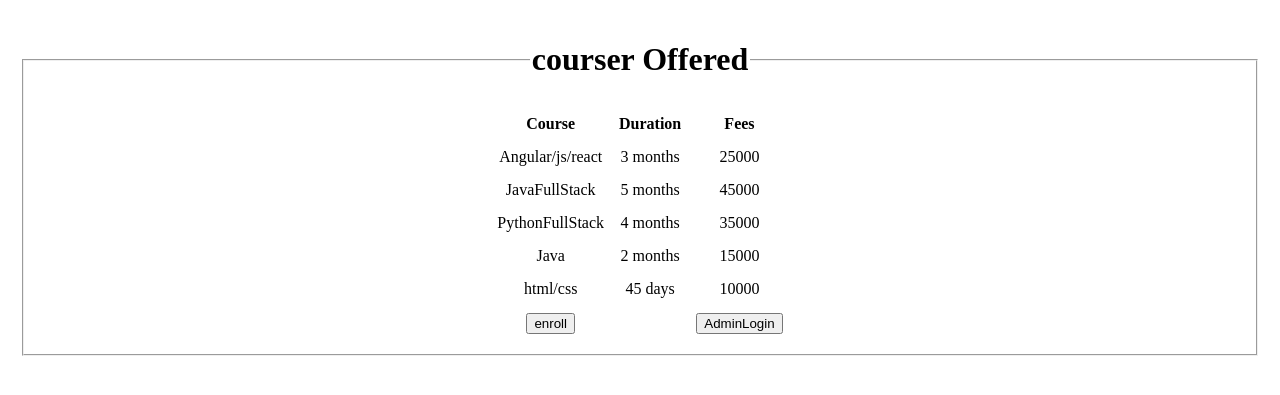
Repository: JanapatlaManojReddy/java
Page: http://localhost/institutionProject/
An editor plug-in stored every save of this project. The page is shown before and after the next save, followed by the edit.
The browser window is 1280 px wide. The pictures show the whole page.
The page is served by Tomcat 9. Other server files are loaded and not shown.

Above is the page before, as saved 2023-08-19 14:12:51.

### institutionProject/src/main/webapp/welcome.jsp
<%@ page language="java" contentType="text/html; charset=ISO-8859-1"
    pageEncoding="ISO-8859-1"%>
<!DOCTYPE html>
<html>
<head>
<meta charset="ISO-8859-1">
<title>welcome to coding hub </title>
<style>
body{
margin:20px;
}

</style>

</head>
<body>
<form>
<fieldSet align="center">
<legend><h1>courser Offered</h1></legend>
<table align="center" cellspacing="5" cellpadding="5">
<tr>
<th>Course </th>
<th>Duration</th>
<th>Fees</th>
</tr>
<tr>
<td>Angular/js/react</td>
<td>3 months</td>
<td>25000</td>

</tr>
<tr>
<td>JavaFullStack</td>
<td>5 months</td>
<td>45000</td>

</tr>
<tr>
<td>PythonFullStack</td>
<td>4 months</td>
<td>35000</td>

</tr>
<tr>
<td>Java</td>
<td>2 months</td>
<td>15000</td>

</tr>
<tr>
<td>html/css</td>
<td>45 days</td>
<td>10000</td>

</tr>
<tr>
<td><button ><a href="StudentRegistration.jsp"></a>enroll</button></td>
<td></td>
<td><button a href="ManagementLogin.jsp"></a>AdminLogin</button></td>
</tr>
</table>


</feildSet>
</form>

</body>
</html>

After the next save:
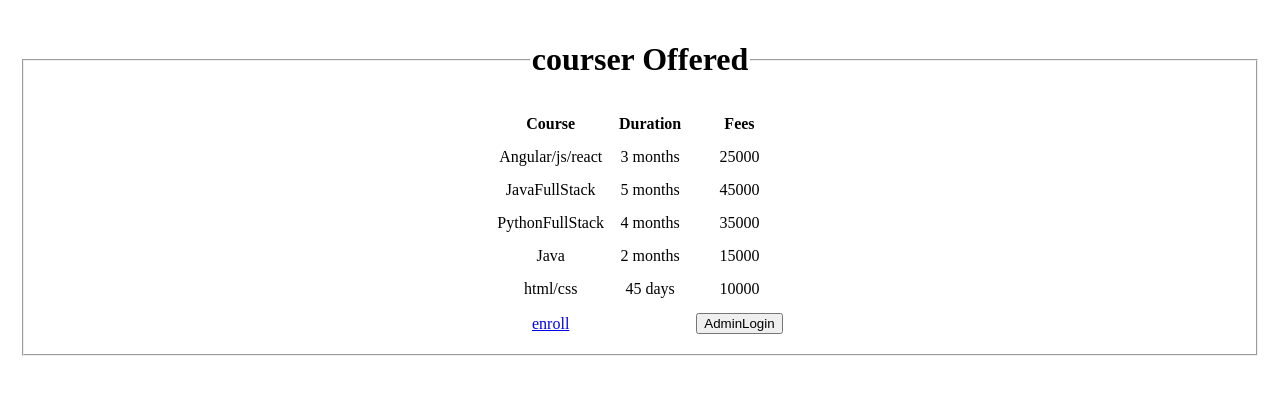
Saved 45 s later.
--- a/institutionProject/src/main/webapp/welcome.jsp
+++ b/institutionProject/src/main/webapp/welcome.jsp
@@ -54,7 +54,7 @@
 
 </tr>
 <tr>
-<td><button ><a href="StudentRegistration.jsp"></a>enroll</button></td>
+<td><a href="StudentRegistration.jsp">enroll</a></td>
 <td></td>
 <td><button a href="ManagementLogin.jsp"></a>AdminLogin</button></td>
 </tr>

After the save that followed:
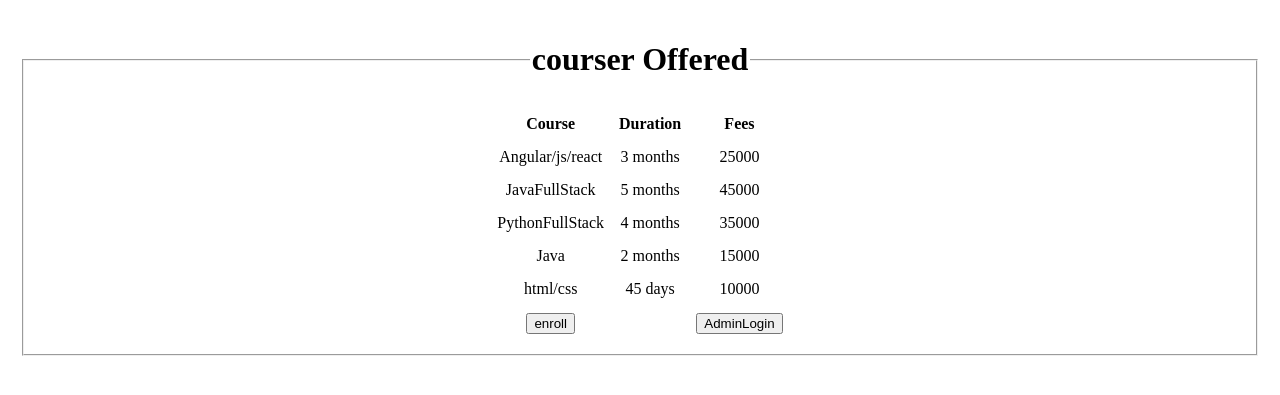
Saved 27 s later.
--- a/institutionProject/src/main/webapp/welcome.jsp
+++ b/institutionProject/src/main/webapp/welcome.jsp
@@ -54,7 +54,7 @@
 
 </tr>
 <tr>
-<td><a href="StudentRegistration.jsp">enroll</a></td>
+<td><a href="StudentRegistration.jsp"><button>enroll</button></a></td>
 <td></td>
 <td><button a href="ManagementLogin.jsp"></a>AdminLogin</button></td>
 </tr>
